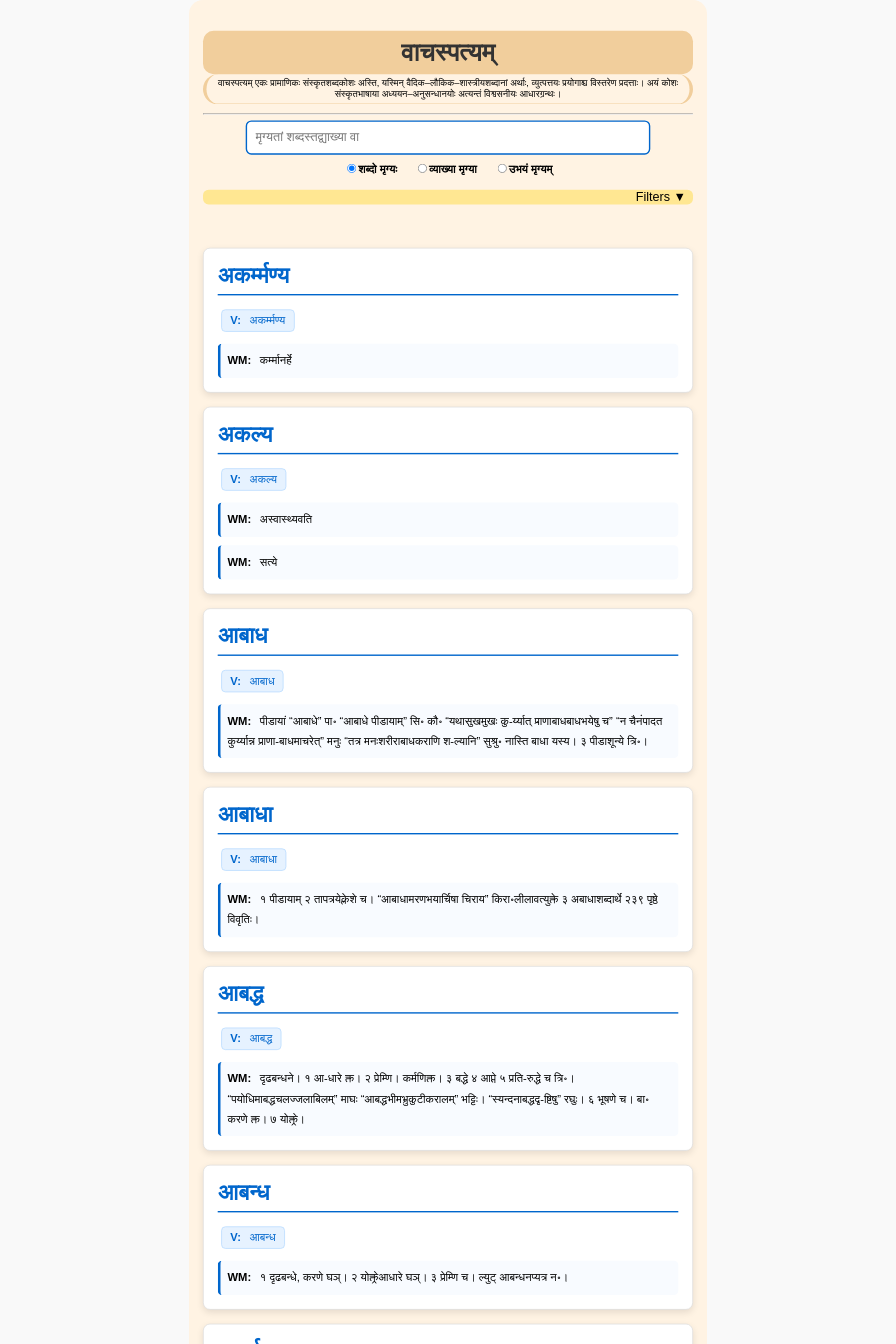
Repository: sanskritsphere/vachaspatyam-demo
Page: index.html
An editor plug-in stored every save of this project. The page is shown before and after the next save, followed by the edit.
The browser window is 1280 px wide. The pictures show the part of the page from y = 0 to 1920 px (the page is 3400 px tall before and 3358 px after), at 70% of full size.

Above is the page before, as saved 2025-12-14 16:19:59.

After the next save:
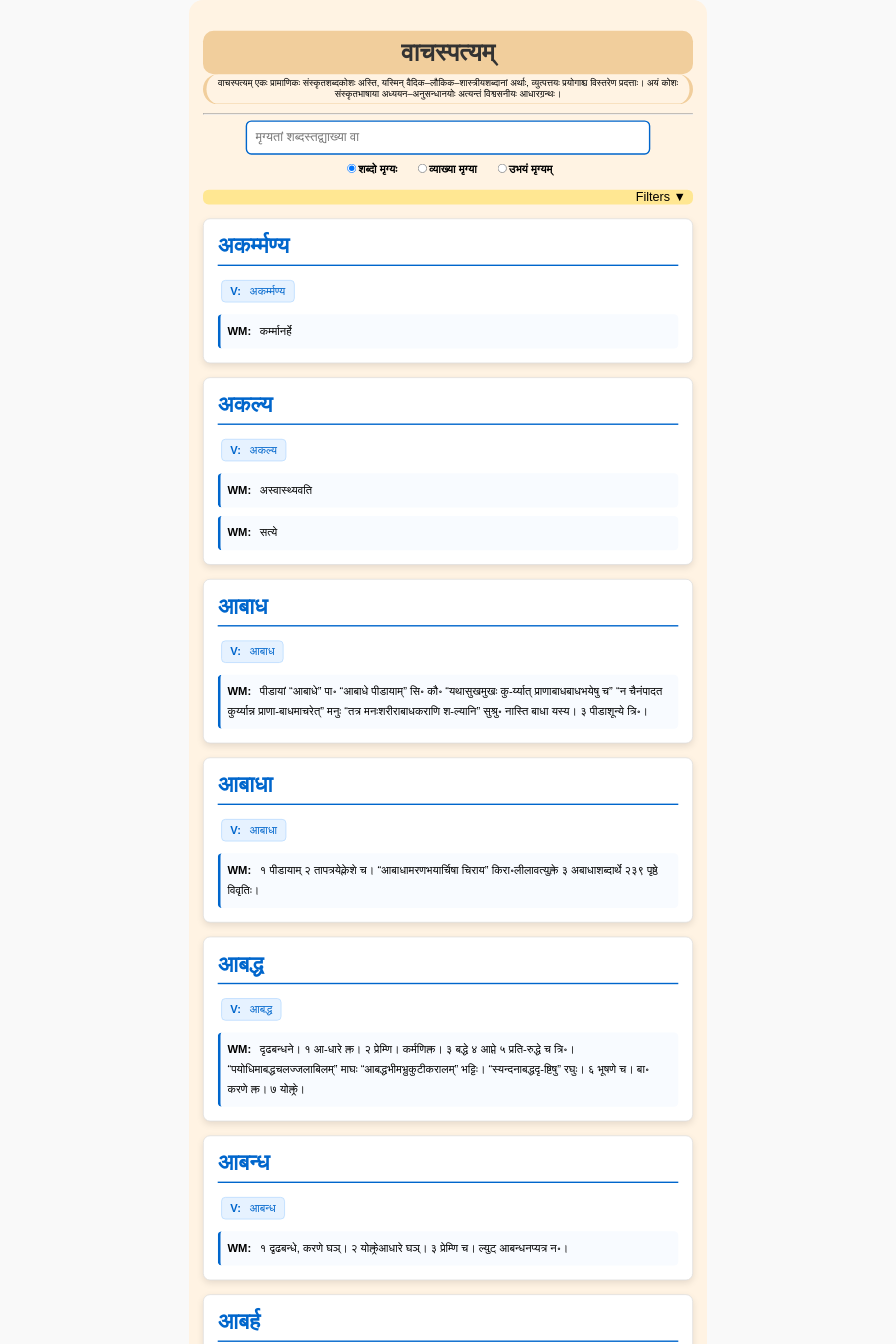
Saved 117 s later.
--- a/style.css
+++ b/style.css
@@ -45,7 +45,7 @@
         }
         #toggleFilters {
             display: block;
-            margin: 10px auto;
+            margin: 20px auto;
             padding: 0px 10px ;
             font-size: 18px;
             background: #ffe792;
@@ -101,12 +101,13 @@
     opacity: 0;
     overflow: hidden;
     transition: max-height 0.6s ease, opacity 0.6s ease;
+    display: none;
 }
 .filters.show {
     position: relative;
     max-height: 2000px; /* content से ज़्यादा रखो */
     opacity: 1;
-
+   display: block;
 }
 
         .filter-group {
